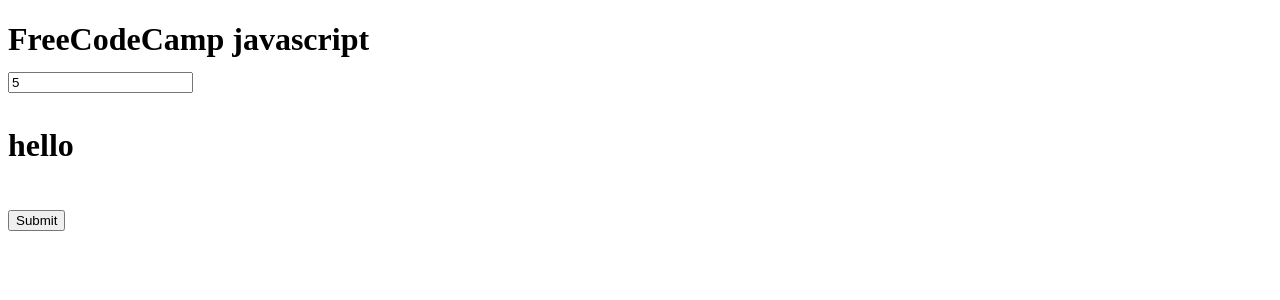
Repository: cuongcay/Clone_YB
Page: FreeCodeCamp.html
An editor plug-in stored every save of this project. The page is shown before and after a run of saves, followed by the edit.
The browser window is 1280 px wide. The pictures show the whole page.
Empty fields were first filled with sample values (such as "Sample", 5 or name@example.com).
After loading, the first visible `#submit` was clicked once.

Above is the page before, as saved 2022-08-02 15:58:47.

### FreeCodeCamp.html
<!DOCTYPE html>
<html lang="en">
<head>
    <meta charset="UTF-8">
    <meta http-equiv="X-UA-Compatible" content="IE=edge">
    <meta name="viewport" content="width=device-width, initial-scale=1.0">
    <title>FreeCodeCamp</title>
</head>
<body>
    <h1>
        FreeCodeCamp javascript
        <div >
            <input type="number" id="input" placeholder="Enter Number">
            <p id="hello">hello</p>
            <input type="submit" id="submit" value="Submit" onclick="submit()">
        </div>
    </h1>

    <script type="text/javascript" src="./FreeCodeCamp.js"></script>
</body>
</html>

### FreeCodeCamp.js
function submit(){
    const input = document.getElementById("input").value;
    const hello = document.getElementById("hello");

    const submit = document.getElementById("submit");

    const mod = input%2;

    switch(mod){
        case 1:

    }
}

After the next 3 saves:
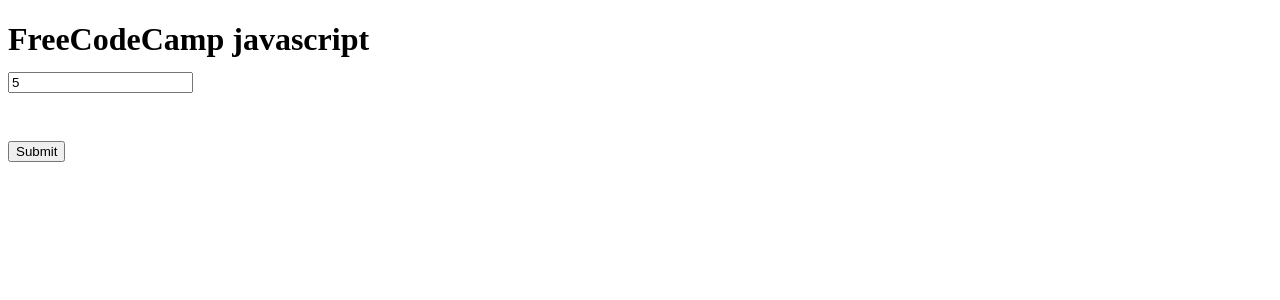
The 3 saves are shown as one change because they came seconds apart.
The last was saved 9 s later.
--- a/FreeCodeCamp.js
+++ b/FreeCodeCamp.js
@@ -8,6 +8,6 @@
 
     switch(mod){
         case 1:
-
+            hello.innerHTML = ``
     }
 }
